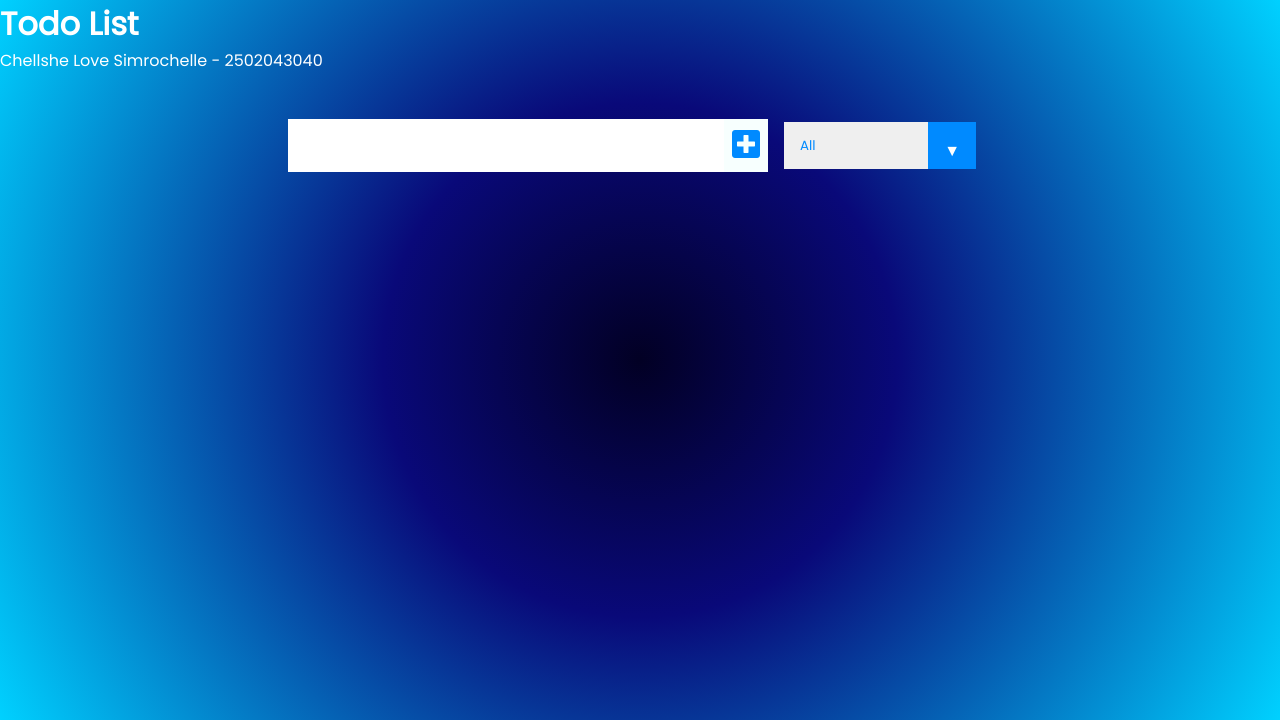
Repository: chellshelove/WADS_Assignment_TodoApp
Page: /
These files come from the project's save history. The page is drawn as it stood at one moment and after the next save; the edit follows.
The browser window is 1280 px wide. The pictures show the whole page.
Some web libraries are served in a nearby version. The project was rebuilt for these pictures with package versions that can differ from the ones it lists, and the page was loaded fresh each time. Also part of the build but not shown: src/components/Todo.js.

Above is the page before, as saved 2023-03-09 23:50:45.

### src/App.js
import React, {useState, useEffect} from 'react';
import './App.css';
//importing components
import Form from './components/Form';
import TodoList from './components/TodoList';

function App() {
  const [inputText, setInputText] = useState("");
  const [todos, setTodos] = useState([]);
  const [status, setStatus] = useState("all");
  const [filteredTodos, setFilteredTodos] = useState([]);


  useEffect(() => {
    filterHandler();
    saveLocalTodos();
  }, [todos, status]);

  const filterHandler = () => {
    switch(status){
      case 'completed' :
        setFilteredTodos(todos.filter(todo => todo.completed === true));
        break;
        case 'uncompleted' :
          setFilteredTodos(todos.filter(todo => todo.completed === false));
          break;
          default:
            setFilteredTodos(todos);
            break;
    }
  };

  const saveLocalTodos = () => {
      localStorage.setItem("todos", JSON.stringify("todos"));
  };

  return (
    <div className="todo-app">

        <h1>Todo List</h1>
        <p>Chellshe Love Simrochelle - 2502043040</p>

      <Form
      inputText={inputText}
      todos={todos}
      setTodos={setTodos}
      setInputText={setInputText}
      setStatus={setStatus}/>
      <TodoList  filteredTodos={filteredTodos} setTodos={setTodos} todos={todos}/>
    </div>
  );
}

export default App;

### src/App.css
* {
  margin: 0;
  padding: 0;
  box-sizing: border-box;
}
body {
  background-image: radial-gradient(circle, rgba(2,0,36,1) 0%, rgba(9,9,121,1) 35%, rgba(0,209,255,1) 100%);
  color: white;
  font-family: "Poppins", sans-serif;
  min-height: 100vh;
}
header {
  font-size: 2rem;
}

header,
form {
  min-height: 20vh;
  display: flex;
  justify-content: center;
  align-items: center;
}
form input,
form button {
  padding: 0.5rem;
  font-size: 2rem;
  border: none;
  background: white;
}
form button {
  color: #008aff;
  background: #f7fffe;
  cursor: pointer;
  transition: all 0.3s ease;
}
form button:hover {
  background: #00ddff;
  color: white;
}
.todo-container {
  display: flex;
  justify-content: center;
  align-items: center;
}

.todo-list {
  min-width: 30%;
  list-style: none;
}

.todo {
  margin: 0.5rem;
  background: white;
  font-size: 1.5rem;
  color: black;
  display: flex;
  justify-content: space-between;
  align-items: center;
  transition: all 1s ease;
}
.filter-todo {
  padding: 1rem;
}
.todo li {
  flex: 1;
}

.trash-btn,
.complete-btn {
  background: #008aff;
  color: black;
  border: none;
  padding: 1rem;
  cursor: pointer;
  font-size: 1rem;
}
.complete-btn {
  background: rgb(11, 212, 162);
}
.todo-item {
  padding: 0rem 0.5rem;
}

.fa-trash,
.fa-check {
  pointer-events: none;
}

.fall {
  transform: translateY(10rem) rotateZ(20deg);
  opacity: 0;
}

.completed {
  text-decoration: line-through;
  opacity: 0.5;
}

/*CUSTOM SELECTOR */
select {
  -webkit-appearance: none;
  -moz-appearance: none;
  -ms-appearance: none;
  appearance: none;
  outline: 0;
  box-shadow: none;
  border: 0 !important;
  background-image: none;
}

/* Custom Select */
.select {
  margin: 1rem;
  position: relative;
  overflow: hidden;
}
select {
  color: #008aff;
  font-family: "Poppins", sans-serif;
  cursor: pointer;
  width: 12rem;
}
/* Arrow */
.select::after {
  content: "\25BC";
  position: absolute;
  top: 0;
  right: 0;
  padding: 1rem;
  background: #008aff;
  cursor: pointer;
  pointer-events: none;
}
/* Transition */
/*
.select:hover::after {
  transform: scale(1.5);
}
*/

### src/components/Form.js
import React from 'react'

const Form = ({setInputText, todos, setTodos, inputText, setStatus}) => {
    const inputTextHandler = (e) => {
        setInputText(e.target.value);
    };
    const submitTodoHandler = (e) => {
        e.preventDefault();
        setTodos ([
            ...todos,
            {text: inputText, completed: false, id: Math.random() * 10000},
        ]);
        setInputText("");
    };
    const statusHandler = (e) => {
      setStatus(e.target.value);
    }
    return(
        <form>
      <input
      value = {inputText}
      onChange={inputTextHandler} type="text" className="todo-input" />
      <button onClick={submitTodoHandler} className="todo-button" type="submit">
        <i className="fas fa-plus-square"></i>
      </button>
      <div className="select">
        <select onChange={statusHandler} name="todos" className="filter-todo">
          <option value="all">All</option>
          <option value="completed">Completed</option>
          <option value="uncompleted">Uncompleted</option>
        </select>
      </div>
    </form>
    );
}

export default Form;

### src/components/TodoList.js
import React from 'react';
import Todo from './Todo';

const TodoList = ({ todos, setTodos, filteredTodos}) => {
    return(
        <div className="todo-container">
             <ul className="todo-list">
                 {filteredTodos.map((todo) => (
                 <Todo
                 setTodos={setTodos}
                 todos={todos}
                 key={todo.id}
                 todo={todo}
                 text={todo.text}/>
                 ))}
            </ul>
        </div>
    );
};

export default TodoList;

Loaded but not shown: public/index.html (common file); src/index.js (common file)

After the next save:
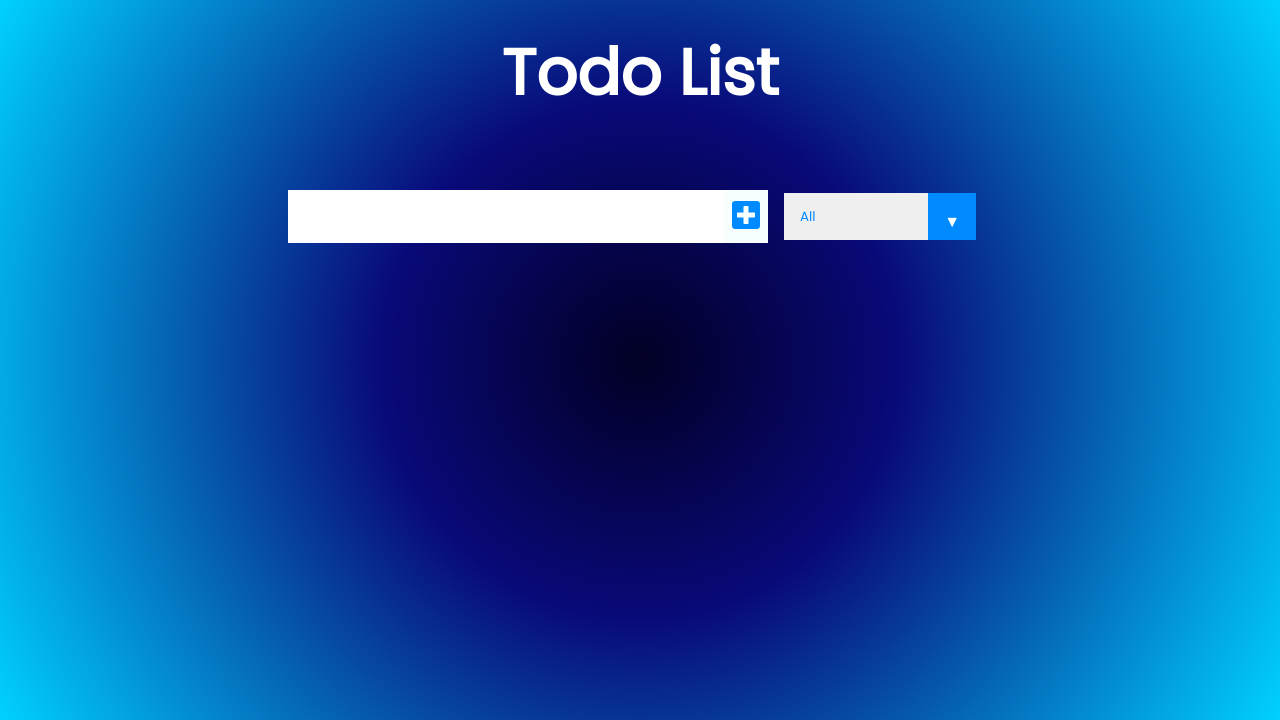
Saved 28 s later.
--- a/src/App.js
+++ b/src/App.js
@@ -36,9 +36,9 @@ function App() {
 
   return (
     <div className="todo-app">
-
+      <header>
         <h1>Todo List</h1>
-        <p>Chellshe Love Simrochelle - 2502043040</p>
+      </header>
 
       <Form
       inputText={inputText}
